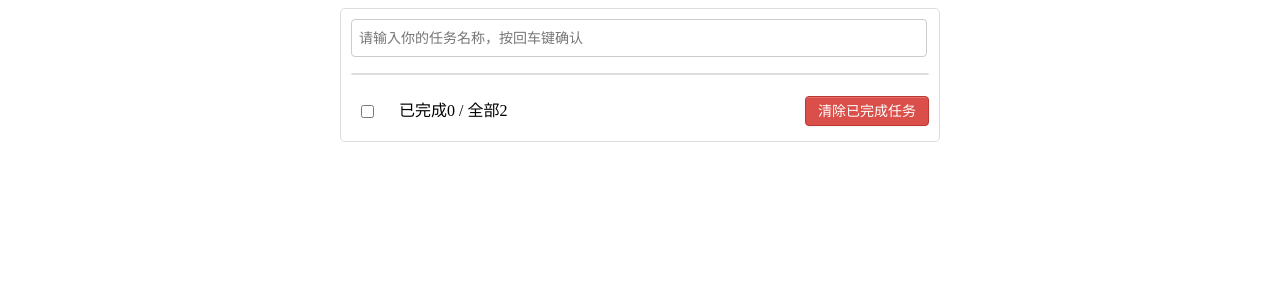
Repository: Crow7277/Vue2-
Page: /
An editor plug-in stored every save of this project. The page is shown before and after a run of saves, followed by the edit.
The browser window is 1280 px wide. The pictures show the whole page.
The project was rebuilt for these pictures with package versions that can differ from the ones it lists, and the page was loaded fresh each time. Also part of the build but not shown: vue.config.js.

Above is the page before, as saved 2022-04-03 16:29:02.

### public/index.html
<!DOCTYPE html>
<html lang="">

<head>
  <meta charset="utf-8">
  <!-- 针对IE浏览器，让IE浏览器以最高的渲染级别渲染页面 -->
  <meta http-equiv="X-UA-Compatible" content="IE=edge">
  <!-- 开启移动端的理想视口 -->
  <meta name="viewport" content="width=device-width,initial-scale=1.0">
  <!-- 页签图标 -->
  <!-- <%= BASE_URL %>表示public文件夹所在路径 -->
  <link rel="icon" href="<%= BASE_URL %>favicon.ico">
  <title>
    <%= htmlWebpackPlugin.options.title %>
  </title>
</head>

<body>
  <!-- 当浏览器不支持js时，浏览器就会显示noscript中的内容 -->
  <noscript>
    <strong>We're sorry but <%= htmlWebpackPlugin.options.title %> doesn't work properly without JavaScript enabled.
        Please enable it to continue.</strong>
  </noscript>
  <!-- 容器 -->
  <div id="app"></div>
  <!-- built files will be auto injected -->
</body>

</html>

### src/main.js
// 引入Vue
import Vue from 'vue';
// 引入App
import App from './App.vue';

// 关闭生产环境提示
Vue.config.productionTip = false;

// 创建Vue
new Vue({
    el: '#app',
    render: h => h(App),
});

### src/App.vue
<template>
    <div id="root">
        <div class="todo-container">
            <div class="todo-wrap">
                <MyHeader />
                <MyList :todos="todos" />
                <MyFooter />
            </div>
        </div>
    </div>
</template>

<script>
// 引入Student组件
import MyHeader from './components/MyHeader.vue';
import MyList from './components/MyList.vue';
import MyFooter from './components/MyFooter.vue';

export default {
    name: 'App',
    data() {
        return {
            todos: [
                {
                    id: '001',
                    title: '抽烟',
                    done: true,
                },
                {
                    id: '002',
                    title: '喝酒',
                    done: true,
                },
                {
                    id: '003',
                    title: '开车',
                    done: true,
                },
            ],
        };
    },
    components: {
        MyHeader,
        MyList,
        MyFooter,
    },
};
</script>

<style lang="css">
/*base*/
body {
    background: #fff;
}

.btn {
    display: inline-block;
    padding: 4px 12px;
    margin-bottom: 0;
    font-size: 14px;
    line-height: 20px;
    text-align: center;
    vertical-align: middle;
    cursor: pointer;
    box-shadow: inset 0 1px 0 rgba(255, 255, 255, 0.2), 0 1px 2px rgba(0, 0, 0, 0.05);
    border-radius: 4px;
}

.btn-danger {
    color: #fff;
    background-color: #da4f49;
    border: 1px solid #bd362f;
}

.btn-danger:hover {
    color: #fff;
    background-color: #bd362f;
}

.btn:focus {
    outline: none;
}

.todo-container {
    width: 600px;
    margin: 0 auto;
}
.todo-container .todo-wrap {
    padding: 10px;
    border: 1px solid #ddd;
    border-radius: 5px;
}
</style>

### src/components/MyHeader.vue
<template>
    <div class="todo-header">
        <input type="text" placeholder="请输入你的任务名称，按回车键确认" @keyup.enter="add" />
    </div>
</template>

<script>
import { nanoid } from 'nanoid';
export default {
    name: 'MyHeader',
    methods: {
        add(e) {
            // 将用户的输入包装成一个todo对象
            const todoObj = { id: nanoid(), title: e.target.value, done: false };
        },
    },
};
</script>

<style scoped>
/*header*/
.todo-header input {
    width: 560px;
    height: 28px;
    font-size: 14px;
    border: 1px solid #ccc;
    border-radius: 4px;
    padding: 4px 7px;
}

.todo-header input:focus {
    outline: none;
    border-color: rgba(82, 168, 236, 0.8);
    box-shadow: inset 0 1px 1px rgba(0, 0, 0, 0.075), 0 0 8px rgba(82, 168, 236, 0.6);
}
</style>

### src/components/MyList.vue
<template>
    <ul class="todo-main">
        <MyItem v-for="todoObj in todos" :key="todoObj.id" :todo="todoObj" />
    </ul>
</template>

<script>
import MyItem from './MyItem.vue';
export default {
    name: 'MyList',
    components: { MyItem },
};
</script>

<style scoped>
/*main*/
.todo-main {
    margin-left: 0px;
    border: 1px solid #ddd;
    border-radius: 2px;
    padding: 0px;
}

.todo-empty {
    height: 40px;
    line-height: 40px;
    border: 1px solid #ddd;
    border-radius: 2px;
    padding-left: 5px;
    margin-top: 10px;
}
</style>

### src/components/MyFooter.vue
<template>
    <div class="todo-footer">
        <label>
            <input type="checkbox" />
        </label>
        <span>
            <span>已完成0</span>
            / 全部2
        </span>
        <button class="btn btn-danger">清除已完成任务</button>
    </div>
</template>

<script>
export default {
    name: 'MyFooter',
};
</script>

<style scoped>
/*footer*/
.todo-footer {
    height: 40px;
    line-height: 40px;
    padding-left: 6px;
    margin-top: 5px;
}

.todo-footer label {
    display: inline-block;
    margin-right: 20px;
    cursor: pointer;
}

.todo-footer label input {
    position: relative;
    top: -1px;
    vertical-align: middle;
    margin-right: 5px;
}

.todo-footer button {
    float: right;
    margin-top: 5px;
}
</style>

### src/components/MyItem.vue
<template>
    <li>
        <label>
            <input type="checkbox" :checked="todo.done" />
            <span>{{ todo.title }}</span>
        </label>
        <button class="btn btn-danger" style="display: none">删除</button>
    </li>
</template>

<script>
export default {
    name: 'MyItem',
    // 声明接收todo对象
    props: ['todo'],
};
</script>

<style scoped>
/*item*/
li {
    list-style: none;
    height: 36px;
    line-height: 36px;
    padding: 0 5px;
    border-bottom: 1px solid #ddd;
}

li label {
    float: left;
    cursor: pointer;
}

li label li input {
    vertical-align: middle;
    margin-right: 6px;
    position: relative;
    top: -1px;
}

li button {
    float: right;
    display: none;
    margin-top: 3px;
}

li:before {
    content: initial;
}

li:last-child {
    border-bottom: none;
}
</style>

After the next 3 saves:
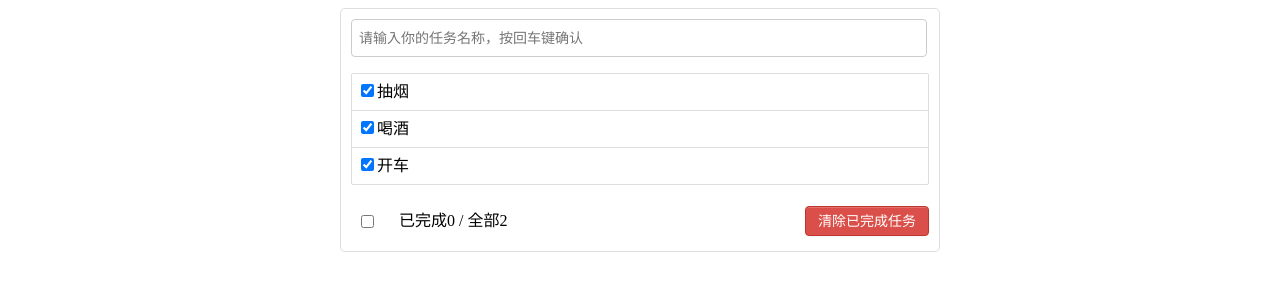
The 3 saves are shown as one change because 1 did not build or start and some came seconds apart.
The last was saved 30 s later.
--- a/src/components/MyList.vue
+++ b/src/components/MyList.vue
@@ -9,6 +9,7 @@ import MyItem from './MyItem.vue';
 export default {
     name: 'MyList',
     components: { MyItem },
+    props: ['todos'],
 };
 </script>
 
